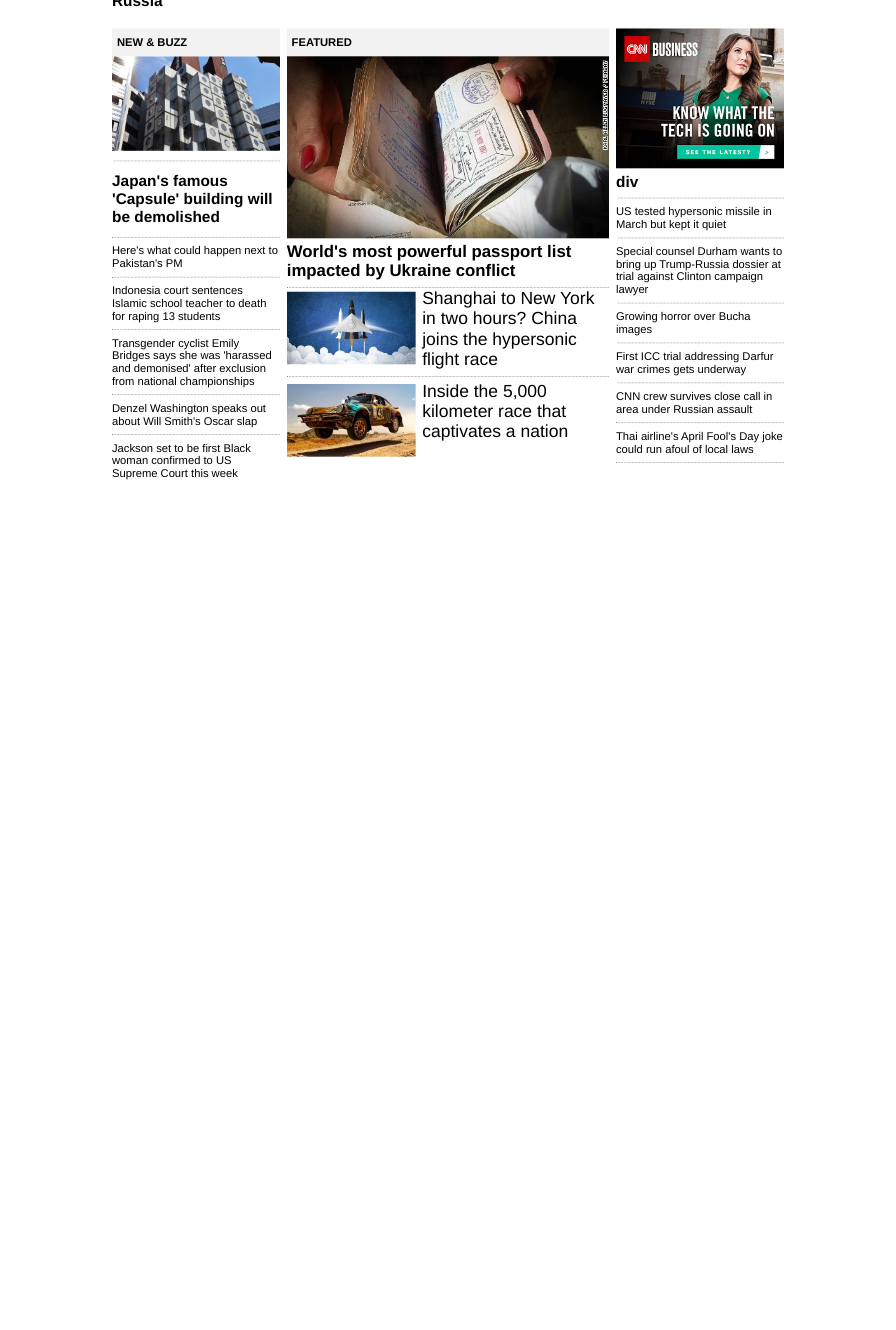
Repository: Vu14082002/WebTinTuc
Page: index.html
These files come from the project's save history. The page is drawn as it stood at one moment and after a run of saves; the edit follows.
The browser window is 1280 px wide. The pictures show the part of the page from y = 1369 to 3269 px (the page is 11183 px tall), at 70% of full size.
A picture or video elsewhere on the page could not be fetched, so the positions and the page height are approximate. Some web libraries are served in a nearby version.

Above is the page before, as saved 2022-04-05 20:19:46.

After the next 2 saves:
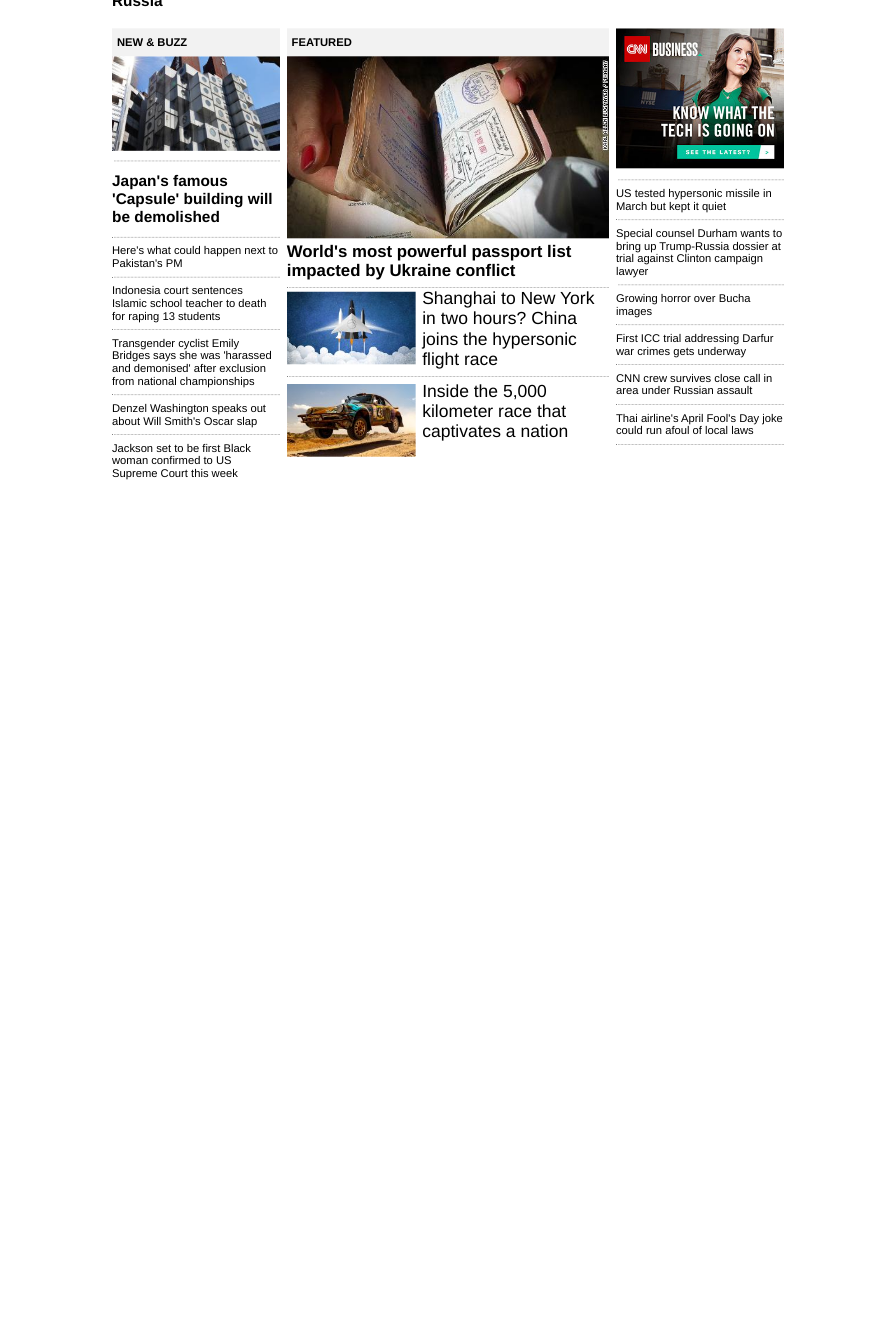
The 2 saves are shown as one change because they came seconds apart.
The last was saved 7 s later.
--- a/index.html
+++ b/index.html
@@ -364,8 +364,8 @@
             <div class="bocanh">
               <a href="https://edition.cnn.com/business" target="_blank">
                 <img src="/Image/index/quangcaoTime.jpg" alt="anh quang cao">
-                div
-              </a>
+              </a>
+              <div></div>
             </div>
             <p class="tieudePhai">
               <a href="https://edition.cnn.com/2022/04/04/politics/us-hypersonic-missile-test/index.html" target="_blank">
